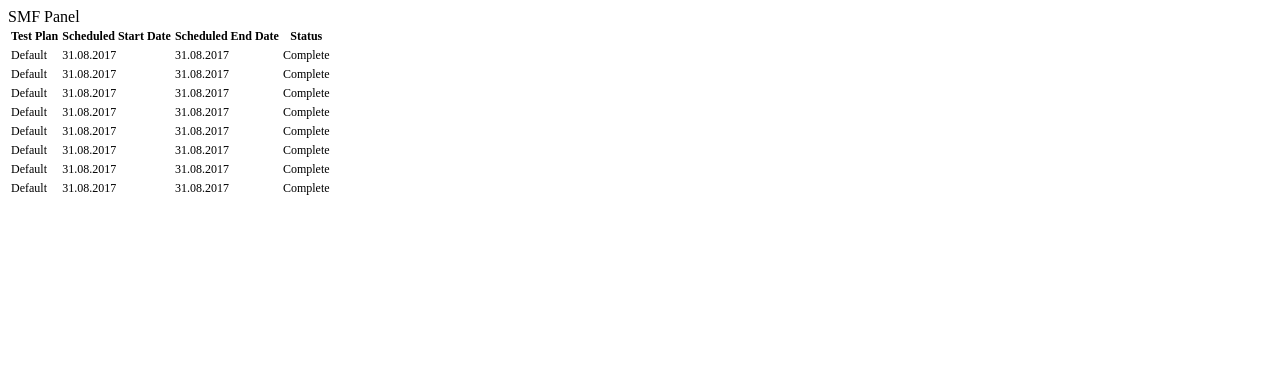
Repository: jayantbhalerao/HodsDemo
Page: http://localhost/HodsDemo/Views/add.jsp
An editor plug-in stored every save of this project. The page is shown before and after the next save, followed by the edit.
The browser window is 1280 px wide. The pictures show the whole page.
The page is served by Tomcat 9.

Above is the page before, as saved 2017-10-31 12:46:48.

After the next save:
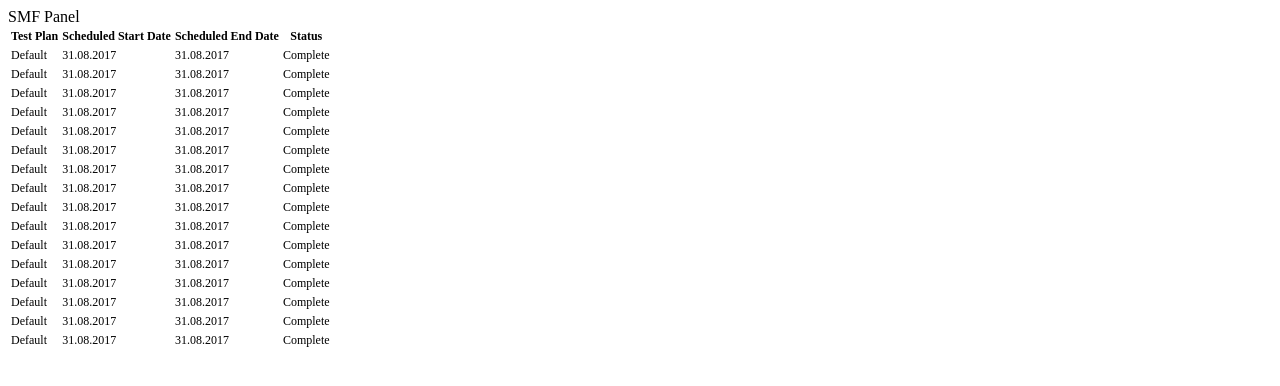
Saved 22 min 49 s later.
--- a/HodsDemo/WebContent/Views/add.jsp
+++ b/HodsDemo/WebContent/Views/add.jsp
@@ -68,6 +68,54 @@
                             <td>31.08.2017</td>
                             <td>Complete</td>
                         </tr>
+                        <tr>
+                            <td>Default</td>
+                            <td>31.08.2017</td>
+                            <td>31.08.2017</td>
+                            <td>Complete</td>
+                        </tr>
+                        <tr>
+                            <td>Default</td>
+                            <td>31.08.2017</td>
+                            <td>31.08.2017</td>
+                            <td>Complete</td>
+                        </tr>
+                        <tr>
+                            <td>Default</td>
+                            <td>31.08.2017</td>
+                            <td>31.08.2017</td>
+                            <td>Complete</td>
+                        </tr>
+                        <tr>
+                            <td>Default</td>
+                            <td>31.08.2017</td>
+                            <td>31.08.2017</td>
+                            <td>Complete</td>
+                        </tr>
+                        <tr>
+                            <td>Default</td>
+                            <td>31.08.2017</td>
+                            <td>31.08.2017</td>
+                            <td>Complete</td>
+                        </tr>
+                        <tr>
+                            <td>Default</td>
+                            <td>31.08.2017</td>
+                            <td>31.08.2017</td>
+                            <td>Complete</td>
+                        </tr>
+                        <tr>
+                            <td>Default</td>
+                            <td>31.08.2017</td>
+                            <td>31.08.2017</td>
+                            <td>Complete</td>
+                        </tr>
+                        <tr>
+                            <td>Default</td>
+                            <td>31.08.2017</td>
+                            <td>31.08.2017</td>
+                            <td>Complete</td>
+                        </tr>
                     </tbody>
                 </table>
             </div>
